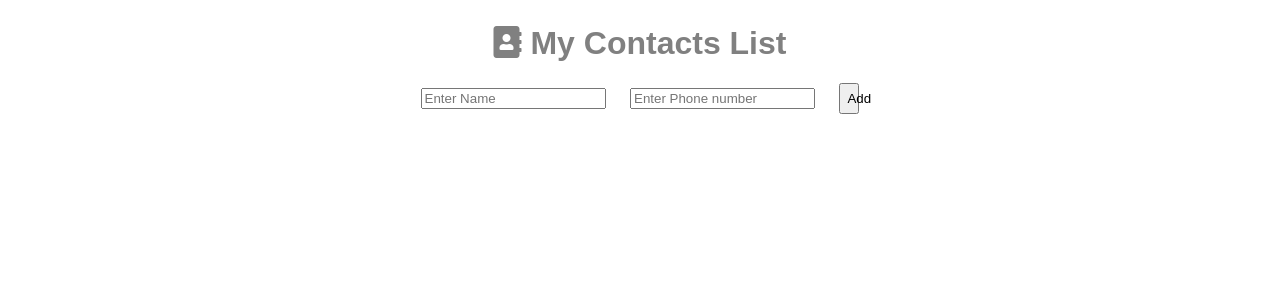
Repository: Sayan-100/Contact-List
Page: http://localhost/
An editor plug-in stored every save of this project. The page is shown before and after the next save, followed by the edit.
The browser window is 1280 px wide. The pictures show the whole page.
Some web libraries are served in a nearby version. The page is served by the project's Node server (index.js). Queries for data that is not in the repository find no rows.

Above is the page before, as saved 2022-01-09 21:41:12.

After the next save:
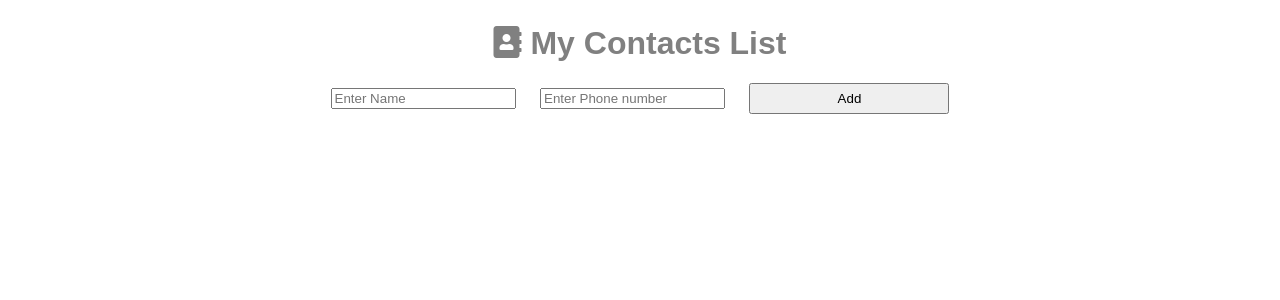
Saved 14 s later.
--- a/assets/css/home.css
+++ b/assets/css/home.css
@@ -29,7 +29,7 @@
 
     button {
         padding: 6px;
-        width: 20px;
+        width: 200px;
     }
 
     p {
